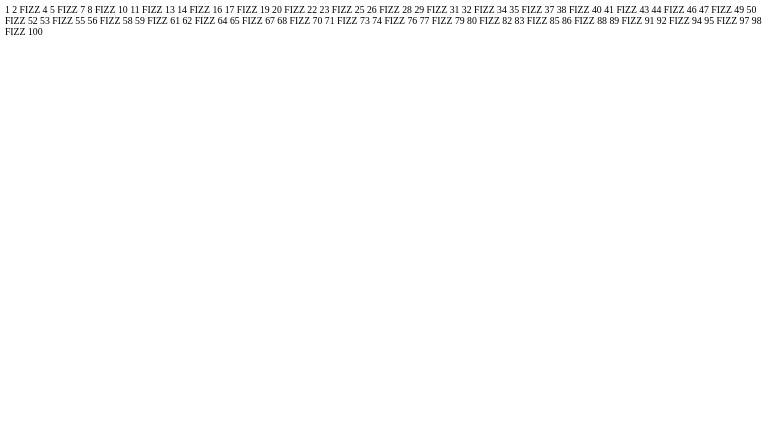
Repository: mipiip/secondrepo
Page: http://localhost/for.php
The author's editor kept a record of every edit. The page is drawn from the files as they stood at one moment, then again after the next edit.
The browser window is 1280 px wide. The pictures show the whole page, at 61% of full size.
The page is run by PHP 8.4 with error messages shown; the project is at /var/www/html/.

Above is the page before.

After the next edit:
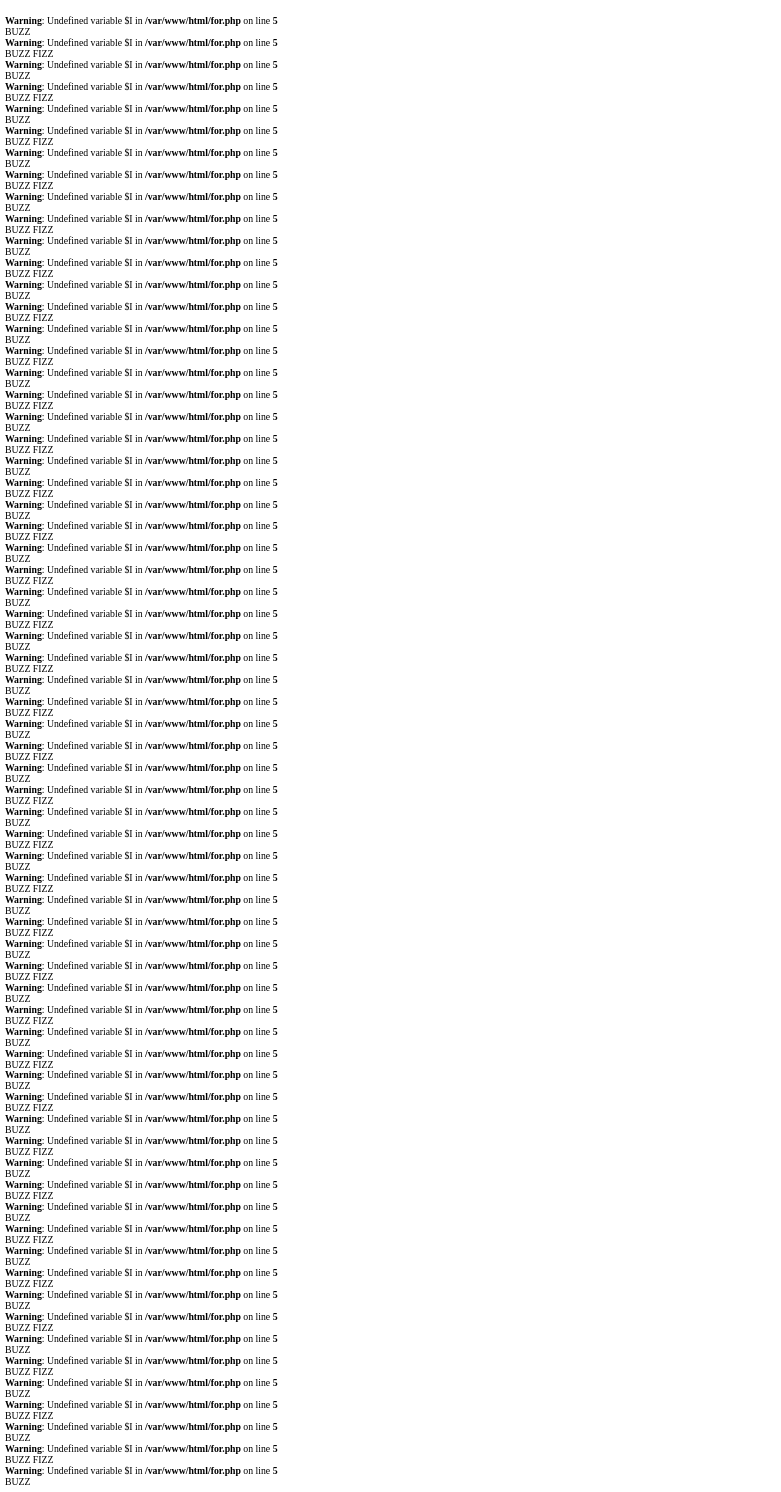
The edit:
--- a/for.php
+++ b/for.php
@@ -2,6 +2,8 @@
     for ($i = 1; $i <= 100; $i++) {
     if($i % 3 == 0){
        echo "FIZZ";
+    } elseif($I % 5 ==0){
+        echo "BUZZ";
     } else{
        echo $i;
     }
